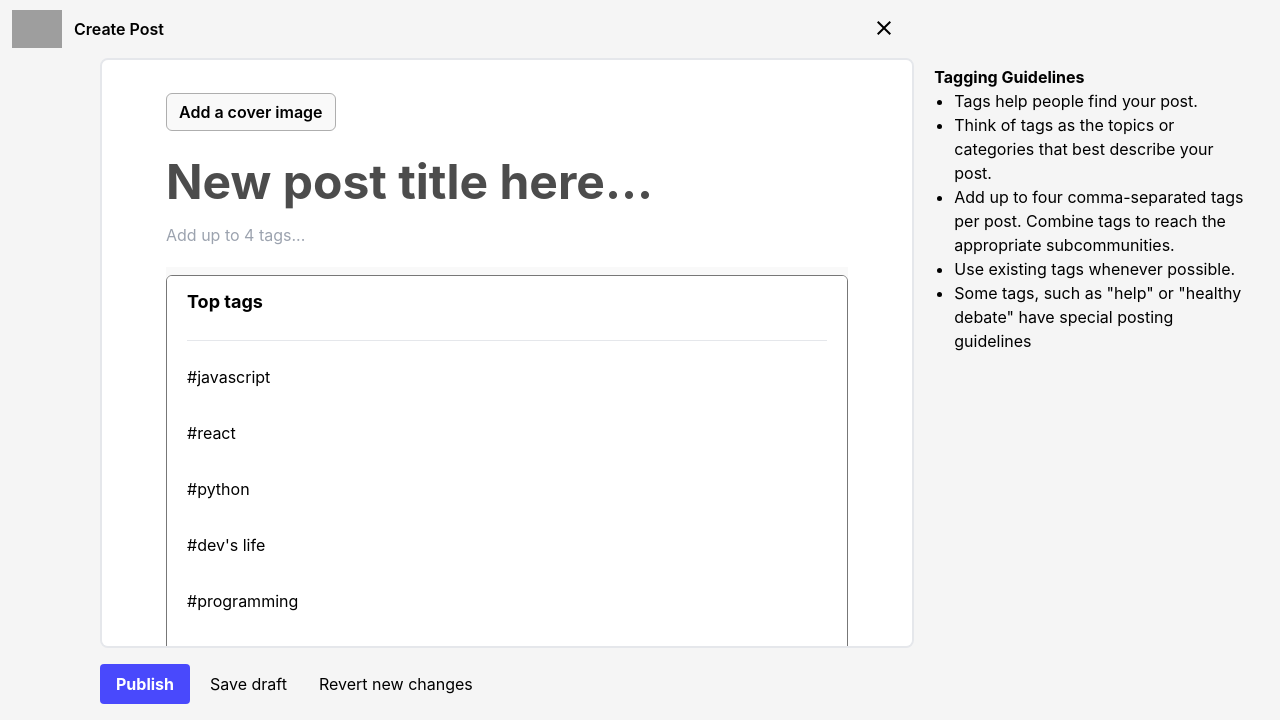
Repository: dat-nguyen-2001/Dev.to
Page: /new (app in client/)
An editor plug-in stored every save of this project. The page is shown before and after the next save, followed by the edit.
The browser window is 1280 px wide. The pictures show the whole page.
Pictures or frames that could not be fetched are drawn as grey boxes. An inner scrolling area shows only its first screen. The project was rebuilt for these pictures with package versions that can differ from the ones it lists, and the page was loaded fresh each time. Also part of the build but not shown: client/src/components/Footer.tsx, client/src/components/nav/GuestNav.tsx, client/src/components/nav/NavBar.tsx, client/src/components/Layout.tsx, client/src/pages/about.tsx, client/src/components/SignInForm.tsx, client/src/components/SignInPlatform.tsx, client/src/pages/enter.tsx and 1 more.

Above is the page before, as saved 2022-09-25 12:03:19.

After the next save:
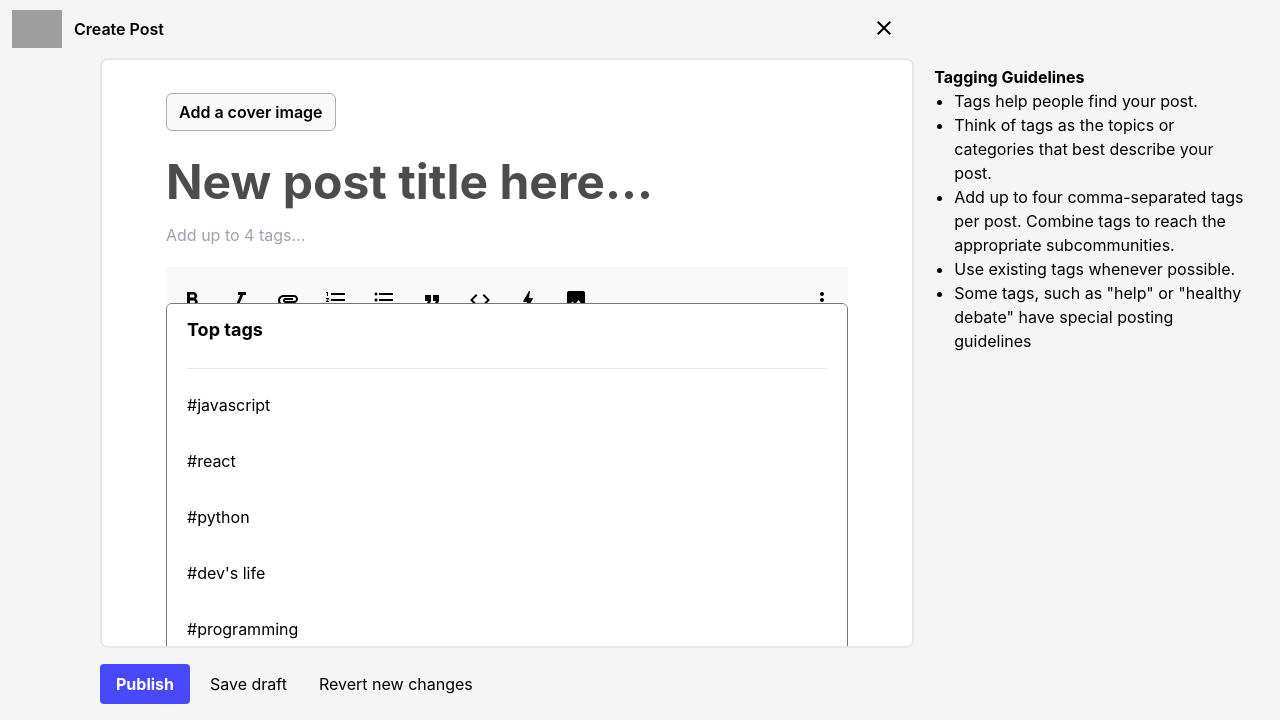
Saved 12 s later.
--- a/client/src/pages/new.tsx
+++ b/client/src/pages/new.tsx
@@ -75,7 +75,7 @@ const New = () => {
                     </form>
                     <form className='relative'>
                         <input placeholder='Add up to 4 tags...' className='w-full outline-none' />
-                        <div className='z-[100] absolute top-10 flex flex-col space-y-3 px-5 my-3 bg-white w-full border-[.1em] border-solid border-[#777] rounded-md max-h-[500px] overflow-y-auto'>
+                        <div className='z-[100] absolute top-10 flex flex-col space-y-3 px-5 my-10 bg-white w-full border-[.1em] border-solid border-[#777] rounded-md max-h-[500px] overflow-y-auto'>
                             <h2 className='text-lg font-bold py-3'>Top tags</h2>
                             <hr></hr>
                             <ul className='flex flex-col space-y-2 cursor-pointer'>
